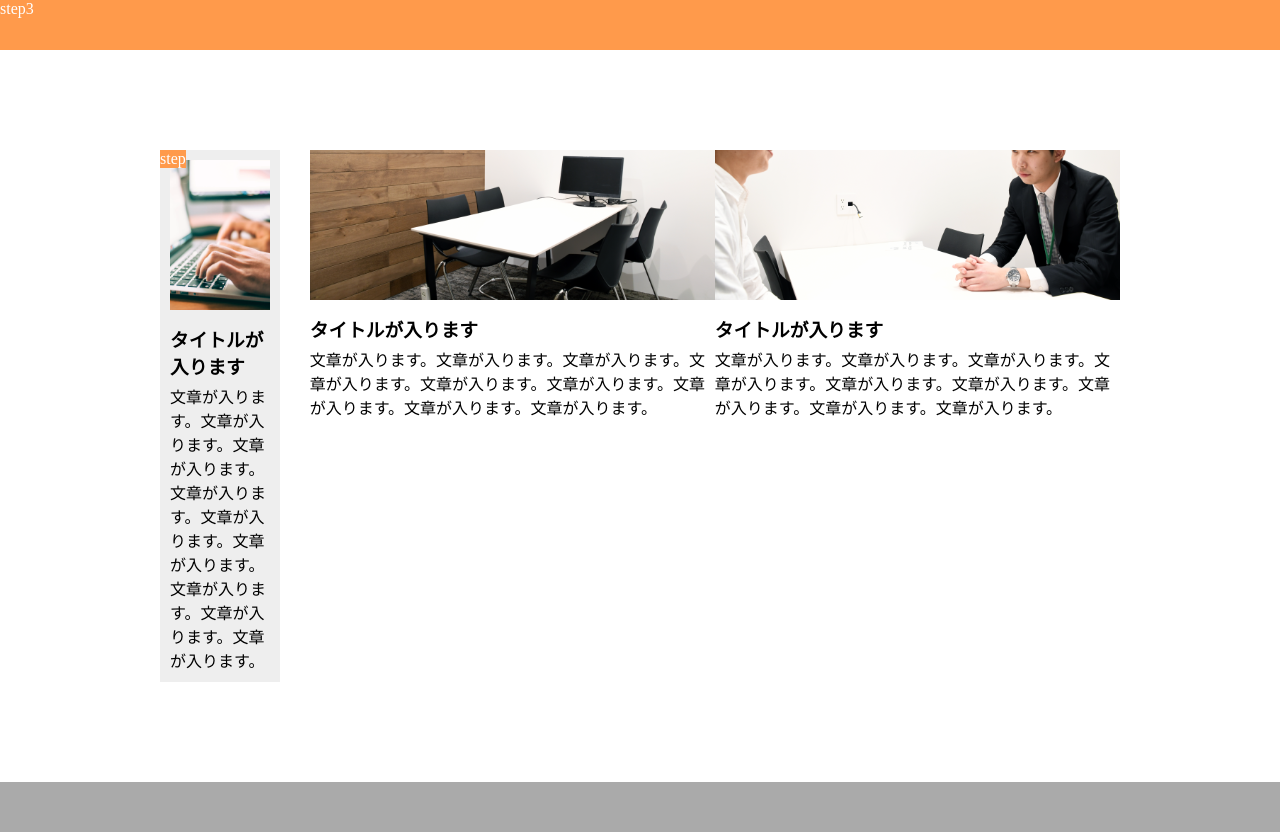
Repository: cyaomasa/java-
Page: chapter9/index9-2.html
The author's editor kept a record of every edit. The page is drawn from the files as they stood at one moment, then again after the next edit.
The browser window is 1280 px wide. The pictures show the whole page.
Some web libraries are served in a nearby version.

Above is the page before.

### chapter9/index9-2.html
<!DOCTYPE html>
<html lang="ja">
  <head>
    <meta charset="UTF-8" />
    <title>演習9</title>
    <script src="https://kit.fontawesome.com/7dea513659.js" crossorigin="anonymous"></script>
    <link rel="stylesheet" href="style9-2.css" />
  </head>

  <body>
    <header></header>
    <main>
      <div class="blog-item">
        <div class="blog-image1"></div>
          <span class="category">step</span>
        <h3 class="title">タイトルが入ります</h3>
        <P>文章が入ります。文章が入ります。文章が入ります。文章が入ります。文章が入ります。文章が入ります。文章が入ります。文章が入ります。文章が入ります。</P>
      </div>

      <div class="blog-item2">
        <div class="blog-image2">
          <span class="category">step2</span>
        </div>
        <h3 class="title">タイトルが入ります</h3>
        <P>文章が入ります。文章が入ります。文章が入ります。文章が入ります。文章が入ります。文章が入ります。文章が入ります。文章が入ります。文章が入ります。</P>
      </div>

      <div class="blog-item3">
        <div class="blog-image3">
          <span class="category">step3</span>
        </div>
        <h3 class="title">タイトルが入ります</h3>
        <P>文章が入ります。文章が入ります。文章が入ります。文章が入ります。文章が入ります。文章が入ります。文章が入ります。文章が入ります。文章が入ります。</P>
      </div>
    </main>


    <footer></footer>
  </body>

### chapter9/style9-2.css
* {
  margin: 0;
  padding: 0;
  box-sizing: border-box;
}
header {
  height: 50px;
  background-color: #FF9A4B;
}

main {
  padding: 50px 0;
  width: 960px;
  display: flex;
  justify-content: center;
  margin: 50px auto;
}

.blog-item {
width: 300px;
padding: 10px;
margin-right: 30px;
background-color: #EEEEEE;
position: relative;
}

.blog-item:last-child {
  margin-right: 0;
}

.category {
  position: absolute;
  top: 0;
  left: 0;
  background-color: #FF9A4B;
  color: #FFFFFF;
}

.blog-image1 {
  background-image: url(img/flow01.png);
  height: 150px;
  background-position: bottom;
  background-size: cover;
}

.blog-image2 {
  background-image: url(img/flow02.png);
  height: 150px;
  background-position: bottom;
  background-size: cover;
}

.blog-image3 {
  background-image: url(img/flow03.png);
  height: 150px;
  background-position: bottom;
  background-size: cover;
}
.title {
  margin: 15px 0 5px;
}

footer {
  height: 50px;
  background-color: #AAAAAA;
}

@media screen and (max-width: 768px) {

header {
  width: 100%;
}

main {
  width: 100%;
  display: block;

}
}

After the next edit:
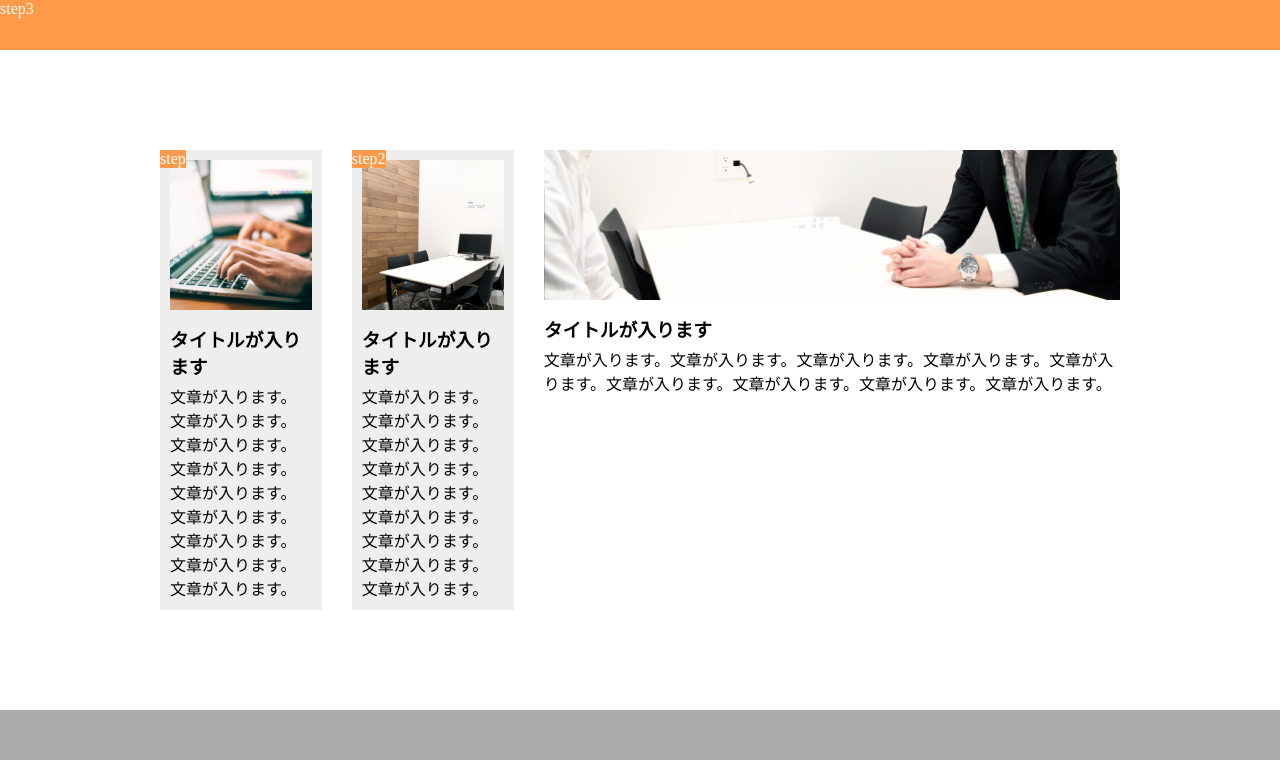
The edit:
--- a/chapter9/index9-2.html
+++ b/chapter9/index9-2.html
@@ -17,7 +17,7 @@
         <P>文章が入ります。文章が入ります。文章が入ります。文章が入ります。文章が入ります。文章が入ります。文章が入ります。文章が入ります。文章が入ります。</P>
       </div>
 
-      <div class="blog-item2">
+      <div class="blog-item">
         <div class="blog-image2">
           <span class="category">step2</span>
         </div>
